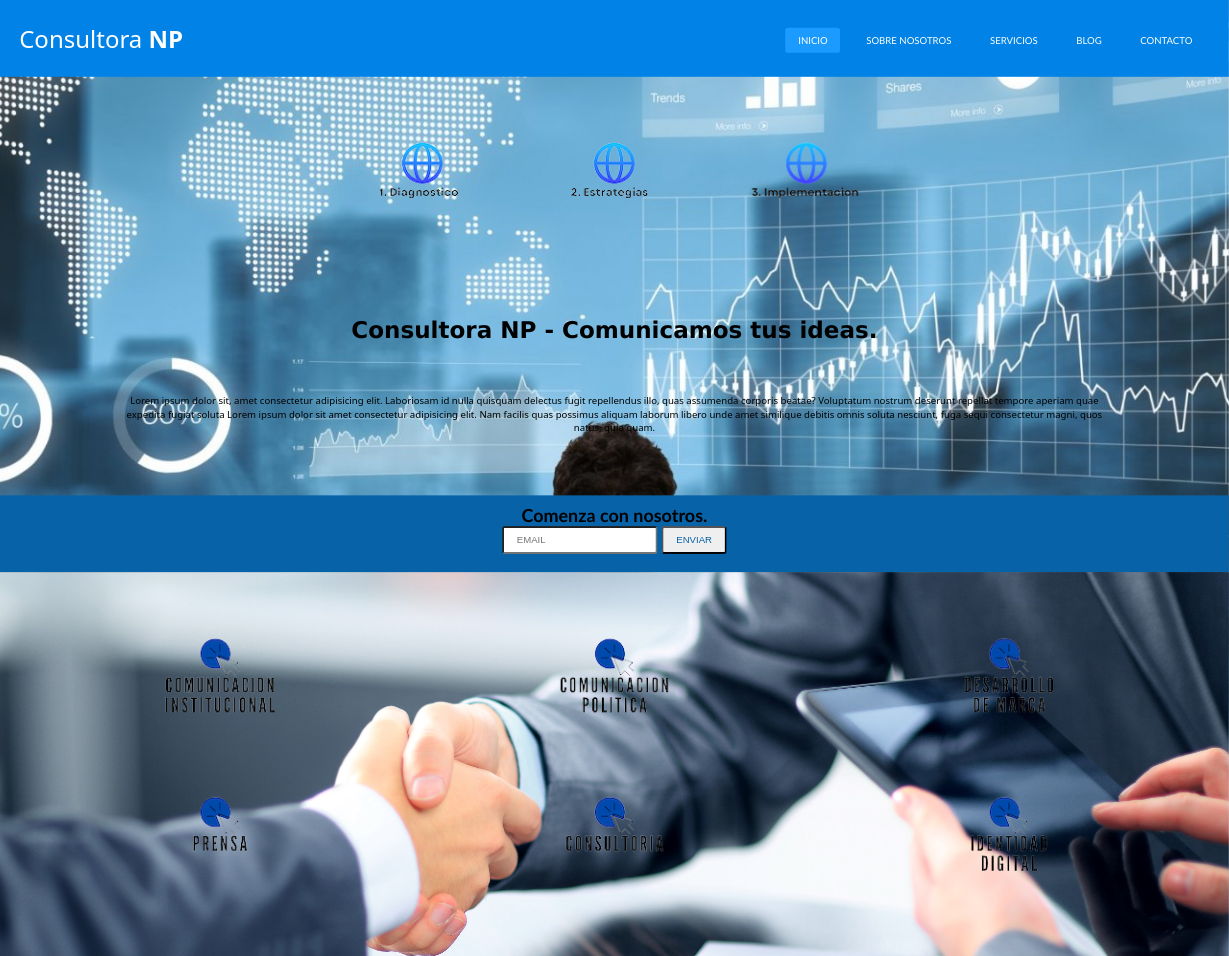
Repository: Batu120/pre-entrega2
Page: index.html
An editor plug-in stored every save of this project. The page is shown before and after the next save, followed by the edit.
The browser window is 1280 px wide. The pictures show the whole page, at 96% of full size.

Above is the page before, as saved 2022-11-02 00:39:42.

After the next save:
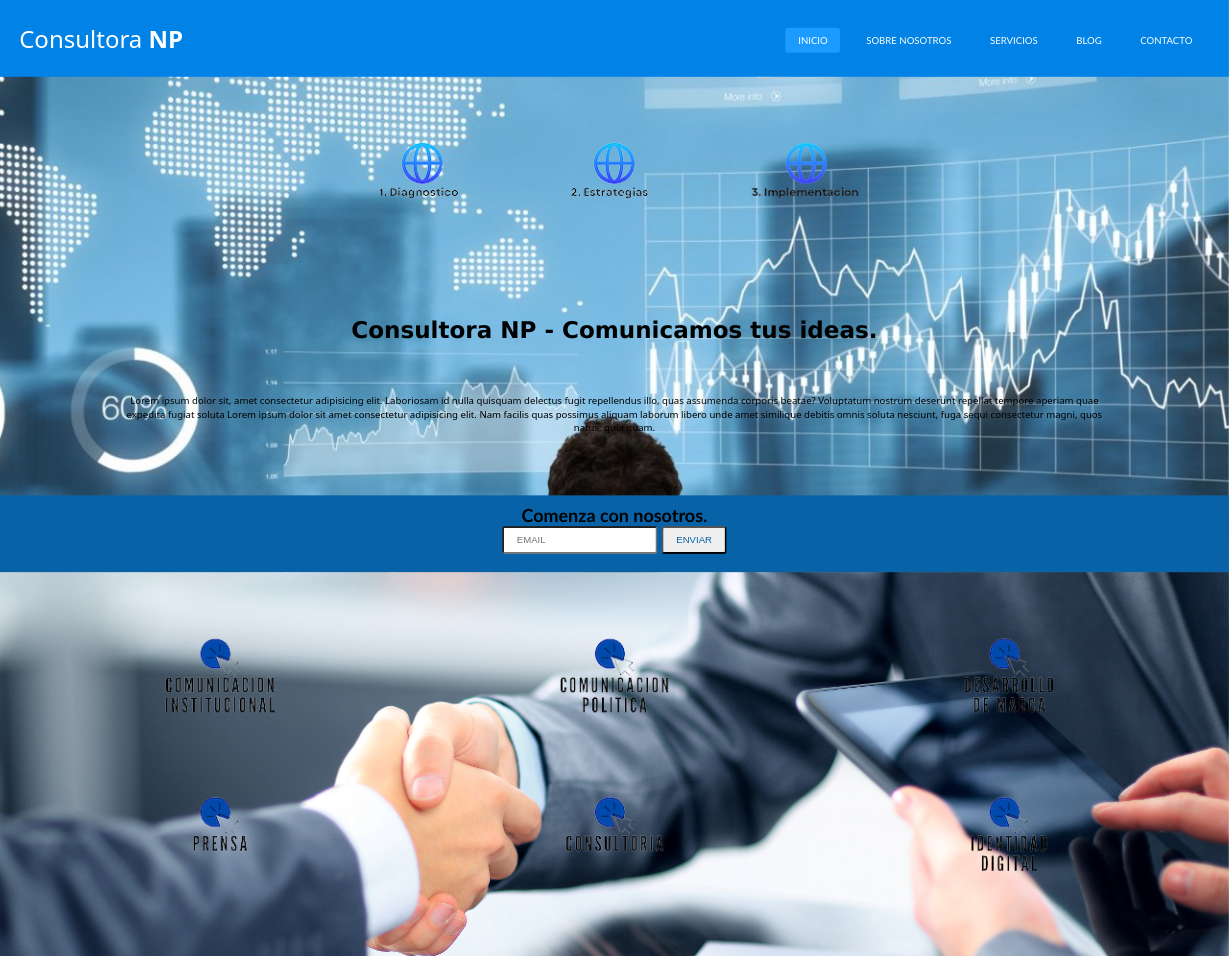
Saved 71 s later.
--- a/CSS/style.css
+++ b/CSS/style.css
@@ -1,7 +1,7 @@
 body {
     background: url(/IMG/background_body.jpeg);
     background-repeat: no-repeat;
-    background-size: cover;
+    /* background-size: cover; */
     background-position-x: center;
     background-position-y: center;
     background-position: center;

After the save that followed:
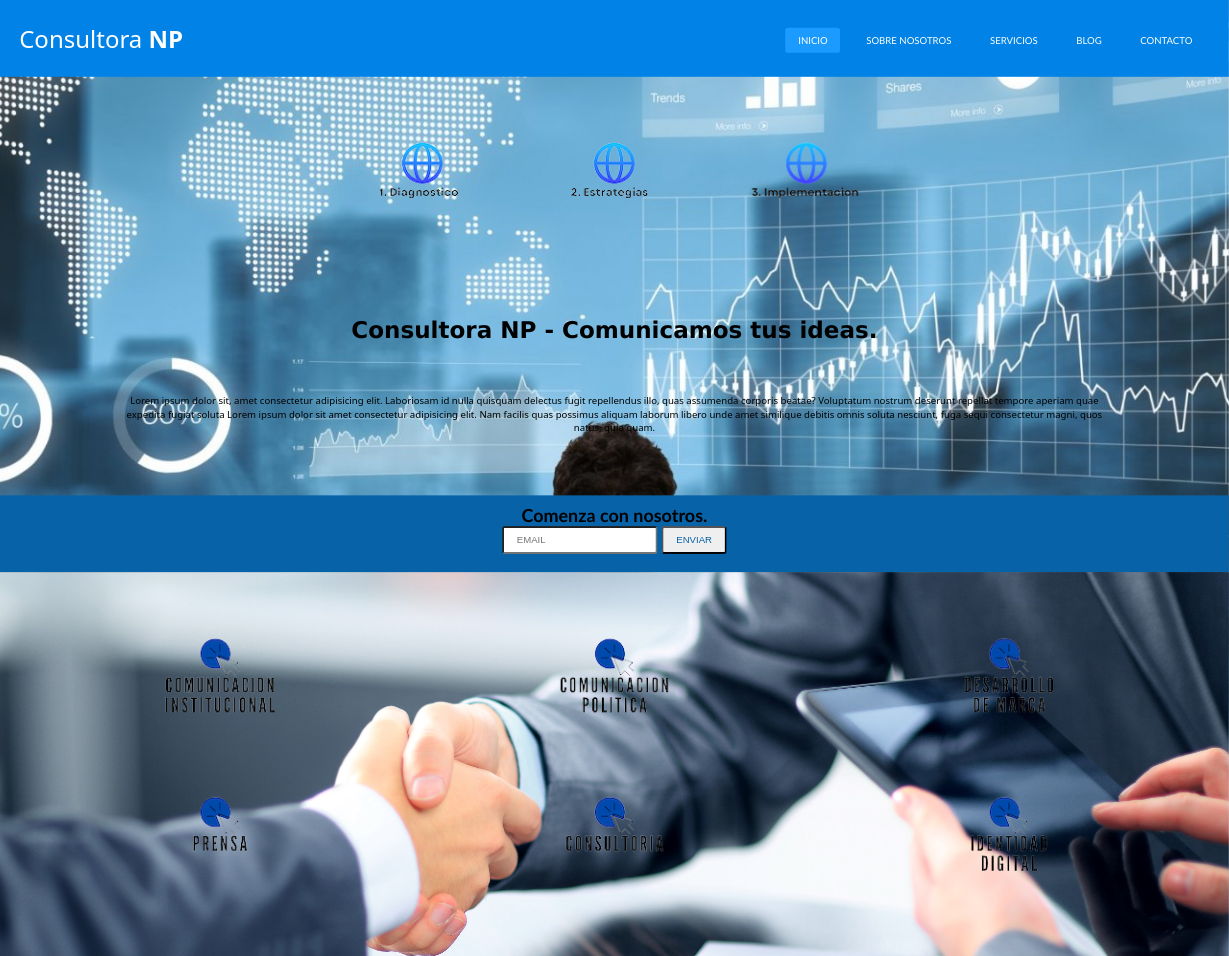
Saved 20 s later.
--- a/CSS/style.css
+++ b/CSS/style.css
@@ -1,7 +1,7 @@
 body {
     background: url(/IMG/background_body.jpeg);
     background-repeat: no-repeat;
-    /* background-size: cover; */
+    background-size: cover;
     background-position-x: center;
     background-position-y: center;
     background-position: center;
